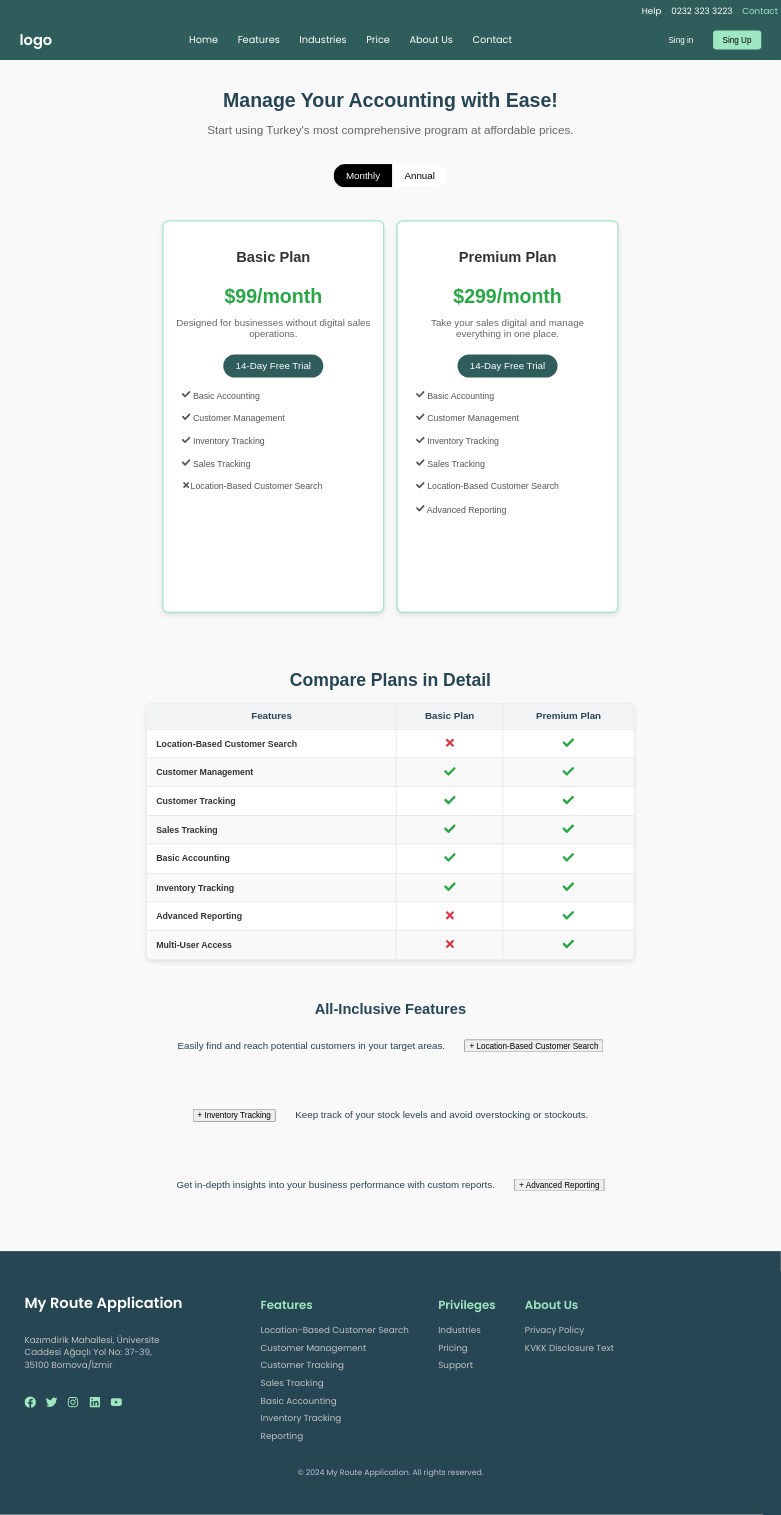
Repository: senolinanyasar/myrouteapplication
Page: /pricing
These files come from the project's save history. The page is drawn as it stood at one moment and after the next save; the edit follows.
The browser window is 1280 px wide. The pictures show the whole page, at 61% of full size.
The project was rebuilt for these pictures with package versions that can differ from the ones it lists, and the page was loaded fresh each time. Also part of the build but not shown: vite.config.js, src/components/HeroSection.css, src/components/HeroSection.js, src/components/FeaturesSection.js, src/components/PricingSection.css, src/components/PricingSection.js, src/components/SupportSection.css, src/components/SupportSection.js and 3 more.

Above is the page before, as saved 2024-11-16 22:13:32.

After the next save:
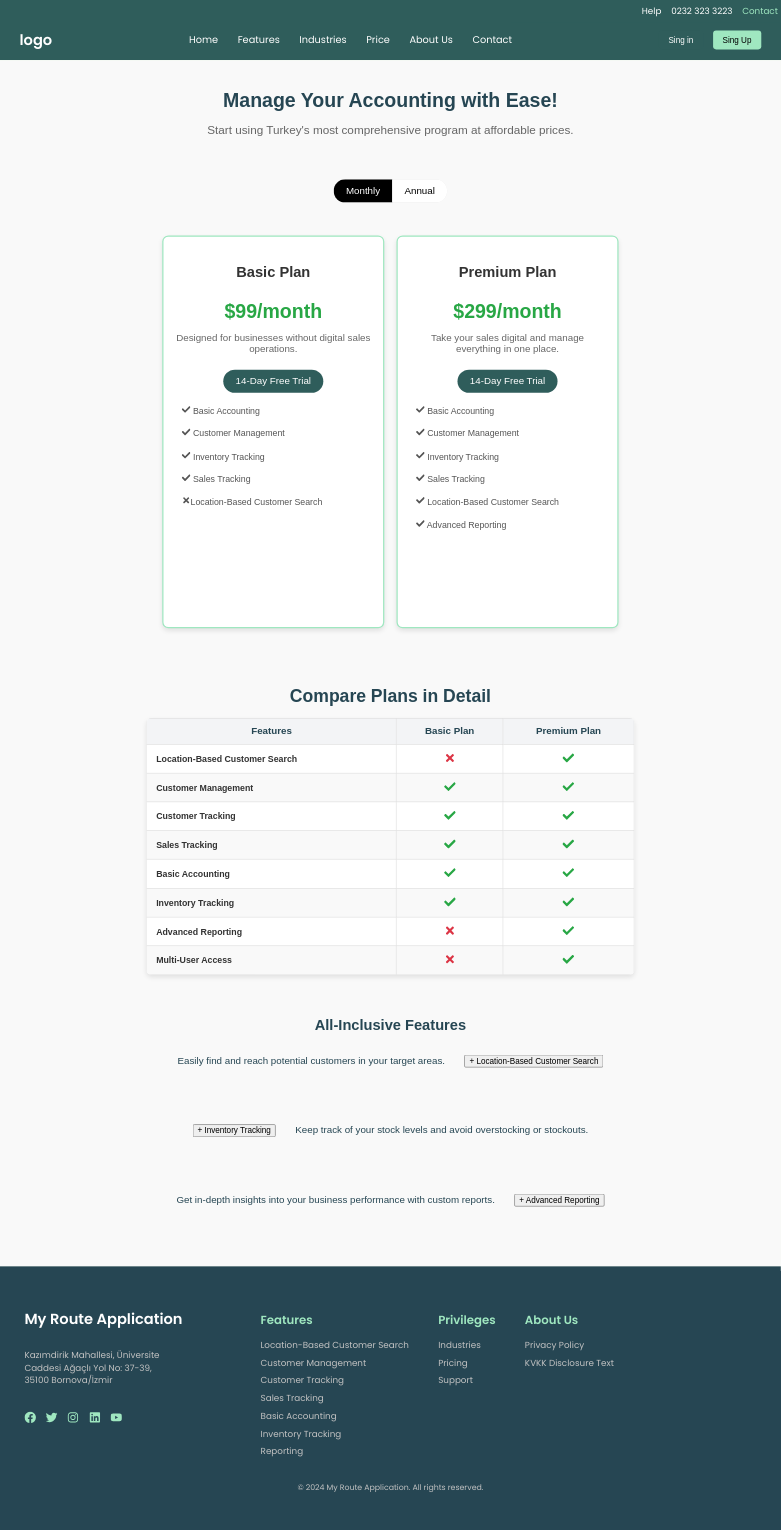
Saved 8 s later.
--- a/src/components/PricingPage.css
+++ b/src/components/PricingPage.css
@@ -29,7 +29,7 @@
     background-color: #e9e9e9;
     border-radius: 20px;
     overflow: hidden;
-    margin-top: 25px;
+    margin-top: 50px;
 }
 
 .toggle-btn{
